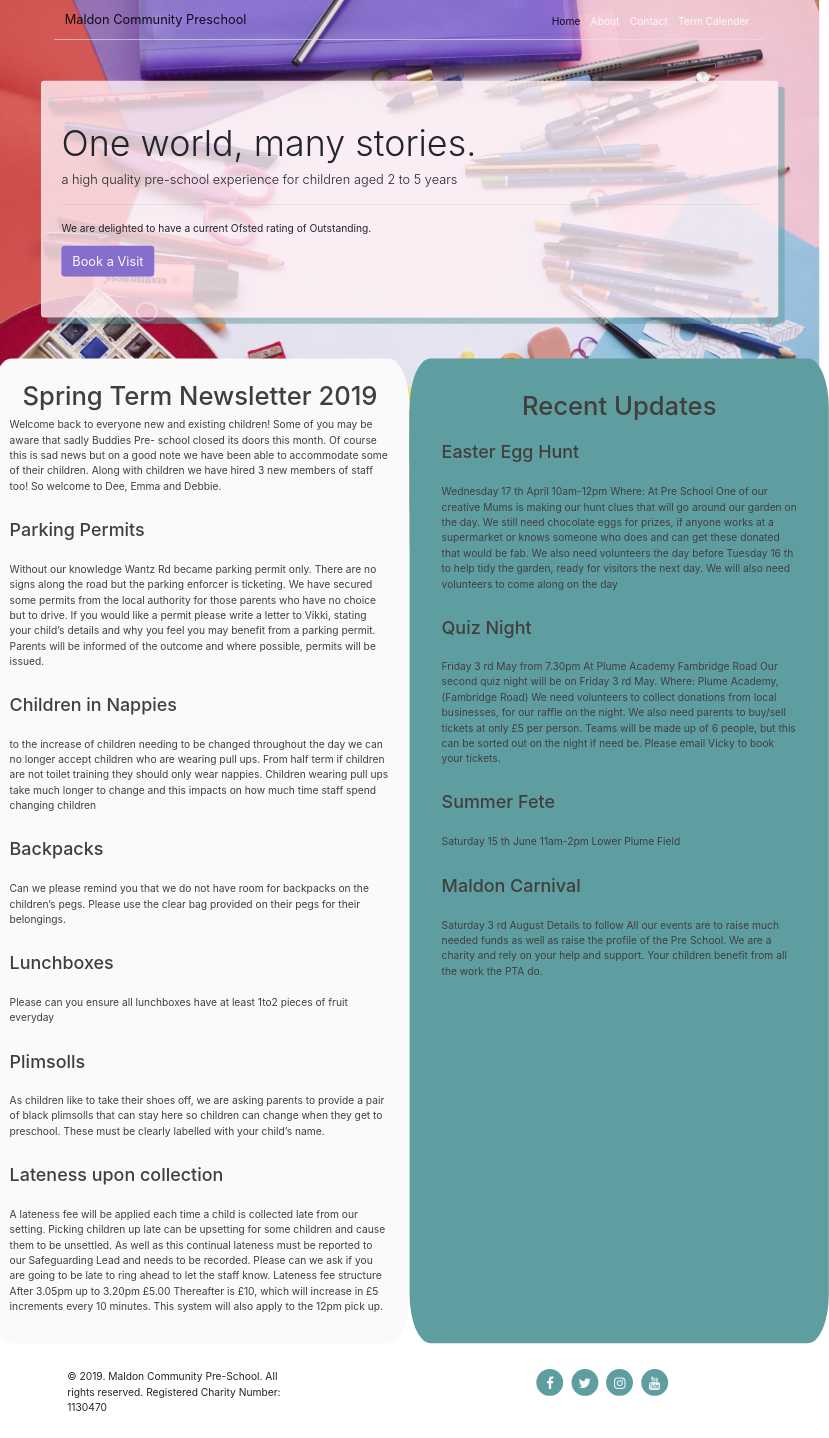
Repository: parkslee/milestone_1
Page: index.html
The author's editor kept a record of every edit. The page is drawn from the files as they stood at one moment, then again after the next edit.
The browser window is 1280 px wide. The page is 1295 px wide, so the pictures cover 1295 px, including what lies to the right of the window. The pictures show the whole page, at 64% of full size.
Some web libraries are served in a nearby version.

Above is the page before.

### index.html
<!DOCTYPE html>
<html lang="en">

<head>
    <meta charset="UTF-8">
    <meta name="viewport" content="width=device-width, initial-scale=1.0">
    <meta http-equiv="X-UA-Compatible" content="ie=edge">
    <link rel="stylesheet" href="https://maxcdn.bootstrapcdn.com/bootstrap/4.2.1/css/bootstrap.min.css"
        type="text/css" />
    <link rel="stylesheet" href="https://maxcdn.bootstrapcdn.com/font-awesome/4.7.0/css/font-awesome.min.css"
        type="text/css" />
    <link rel="stylesheet" href="https://cdnjs.cloudflare.com/ajax/libs/hover.css/2.1.1/css/hover-min.css"
        type="text/css" />
    <link rel="stylesheet" href="assets\css\style.css">
    <title>Maldon Community Preschool</title>
</head>

<body class="bgimage">



    <!-------------------------------------------------------------------------------navigation-->
    <header>
        <div class="container">
            <nav class="navbar navbar-expand-lg navbar-light bg-light border-bottom">
                <a class="navbar-brand" href="./index.html">Maldon Community Preschool</a>
                <button class="navbar-toggler" type="button" data-toggle="collapse" data-target="#navbarNav"
                    aria-controls="navbarNav" aria-expanded="false" aria-label="Toggle navigation">
                    <span class="navbar-toggler-icon"></span>
                </button>
                <div class="collapse navbar-collapse" id="navbarNav">
                    <ul class="navbar-nav text-center ml-auto">
                        <li class="nav-item active">
                            <a class="nav-link" href="./index.html">Home <span class="sr-only">(current)</span></a>
                        </li>
                        <li class="nav-item">
                            <a class="nav-link" href="./about.html">About</a>
                        </li>
                        <li class="nav-item">
                            <a class="nav-link" href="./contact.html">Contact</a>
                        </li>
                        <li class="nav-item">
                            <a class="nav-link" href="./calender.html">Term Calender</a>
                        </li>



                        <!--------only displayed in mobile view to link to newsletter.html and updates.html--------->
                        <!-------------this is to reduce clutter on mobile views----d-lg-none--------->

                        <li class="nav-item">
                            <a class="nav-link d-lg-none" href="./newsletter.html">Newsletter</a>
                        </li>
                        <li class="nav-item">
                            <a class="nav-link d-lg-none" href="./updates.html">Recent Updates</a>
                        </li>
                    </ul>
                </div>
            </nav>
        </div>
    </header>


    <!-------jumbotron linked to contact page (this to be the only item displayed on mobile----->
    <main>

        <div class="jumbotron">
            <h3 class="display-4">One world, many stories.</h3>
            <p class="lead">a high quality pre-school experience for children aged 2 to 5 years</p>
            <hr class="my-4">
            <p>We are delighted to have a current Ofsted rating of Outstanding.
            </p>
            <a class="btn btn-primary btn-lg" href="./contact.html" role="button">Book a Visit</a>
        </div>

    </main>



    <!-----------This content is not displayed in mobile to give a clear view-------------------->
    <!----------credit : https://medium.com/wdstack/bootstrap-4-hidden-visible-dd969a4c5854 - display property bootstrap-------->
    <div class="d-none d-lg-block">
        <div class="row newsletter-update">
            <div class="col newsletter">
                <h1>Spring Term Newsletter
                    2019</h1>
                <p>Welcome back to everyone new and existing children! Some of you may be aware that sadly Buddies Pre-
                    school
                    closed its doors this month. Of course this is sad news but on a good note we have been able to
                    accommodate
                    some of their children. Along with children we have hired 3 new members of staff too! So welcome to
                    Dee,
                    Emma and Debbie.</p>
                <br>

                <h3>Parking Permits</h3>
                <br>
                <p> Without our knowledge Wantz Rd became parking permit only. There are no signs along the road but the
                    parking
                    enforcer is ticketing. We have secured some permits from the local authority for those parents who
                    have
                    no
                    choice but to drive. If you would like a permit please write a letter to Vikki, stating your child’s
                    details
                    and why you feel you may benefit from a parking permit. Parents will be informed of the outcome and
                    where
                    possible, permits will be issued.</p>
                <br>
                <h3>Children in Nappies</h3>
                <br>
                <p>to the increase of children needing to be changed throughout the day we can no longer accept children
                    who
                    are wearing pull ups. From half
                    term if children are not toilet training they should only wear nappies. Children wearing pull ups
                    take
                    much
                    longer to change and this impacts on how much time staff spend changing children
                </p><br>
                <h3> Backpacks</h3>
                <br>
                <p> Can we please remind you that we do not have room for backpacks on the children’s pegs. Please use
                    the
                    clear
                    bag provided on their pegs for their belongings.
                </p><br>
                <h3> Lunchboxes</h3>
                <br>
                <p> Please can you ensure all lunchboxes have at least 1to2 pieces of fruit everyday
                </p><br>
                <h3> Plimsolls</h3>
                <br>
                <p> As children like to take their shoes off, we are asking parents to provide a pair of black plimsolls
                    that
                    can stay here so children can change when they get to preschool. These must be clearly labelled with
                    your
                    child’s name.
                </p><br>
                <h3> Lateness upon collection</h3>
                <br>
                <p> A lateness fee will be applied each time a child is collected late from our
                    setting. Picking children up late can be upsetting for some children and cause them to be unsettled.
                    As
                    well
                    as this continual lateness must be reported to our Safeguarding Lead and needs to be recorded.
                    Please
                    can we
                    ask if you are going to be late to ring ahead to let the staff know.
                    Lateness fee structure After 3.05pm up to 3.20pm £5.00 Thereafter is £10, which will increase in £5
                    increments every 10 minutes. This system will also apply to the 12pm pick up.</p>
            </div>
            <div class="col-md-6 updates-index">

                <h1> Recent Updates</h1>
                <br>
                <h3>Easter Egg Hunt</h3>
                <br>
                <p>Wednesday 17 th April 10am-12pm Where: At Pre School One of our creative Mums is making our hunt
                    clues
                    that
                    will go around our garden on the day. We still need chocolate eggs for prizes, if anyone works at a
                    supermarket or knows someone who does and can get these donated that would be fab. We also need
                    volunteers
                    the day before Tuesday 16 th to help tidy the garden, ready for visitors the next day. We will also
                    need
                    volunteers to come along on the day</p>
                <br>
                <h3> Quiz Night</h3>
                <br>
                <p> Friday 3 rd May from 7.30pm At Plume Academy Fambridge Road Our second quiz night will be on Friday
                    3 rd
                    May. Where: Plume Academy, (Fambridge Road) We need volunteers to collect donations from local
                    businesses,
                    for our raffle on the night. We also need parents to buy/sell tickets at only £5 per person. Teams
                    will
                    be
                    made up of 6 people, but this can be sorted out on the night if need be. Please email Vicky to book
                    your
                    tickets.</p>
                <br>
                <h3> Summer Fete</h3>
                <br>
                <p> Saturday 15 th June 11am-2pm Lower Plume Field
                </p><br>

                <h3> Maldon Carnival</h3>
                <br>

                <p>Saturday 3 rd August Details to follow
                    All our events are to raise much needed funds as well as raise the profile of the Pre School. We are
                    a
                    charity and rely on your help and support. Your children benefit from all the work the PTA do.
                </p>
            </div>
        </div>
    </div>



    <!---------------------------first footer only displayed on desktop view-------------------->
    <!------https://medium.com/wdstack/bootstrap-4-hidden-visible-dd969a4c5854 tutorial for display properties bootstrap---->
    <div class="container">
        <footer class="d-none d-md-block">



            <div id="footer-details" class="row">
                <div class="col-sm-4">
                    <p class="inline-block charity">
                        © 2019. Maldon Community Pre-School. All rights reserved.
                        Registered Charity Number: 1130470 </p>
                </div>

                <div class="col-sm-4 ml-auto">
                     <ul class="list-inline social-links">
                        <li class="list-inline-item">
                            <a target="_blank" href="https://facebook.com">
                                <i class="fa fa-facebook" aria-hidden="true"></i>
                                <span class="sr-only">Facebook</span>
                            </a>
                        </li>
                        <li class="list-inline-item">
                            <a target="_blank" href="https://twitter.com">
                                <i class="fa fa-twitter" aria-hidden="true"></i>
                                <span class="sr-only">Twitter</span>
                            </a>
                        </li>
                        <li class="list-inline-item">
                            <a target="_blank" href="https://instagram.com">
                                <i class="fa fa-instagram" aria-hidden="true"></i>
                                <span class="sr-only">Instagram</span>
                            </a>
                        </li>
                        <li class="list-inline-item">
                            <a target="_blank" href="https://youtube.com">
                                <i class="fa fa-youtube" aria-hidden="true"></i>
                                <span class="sr-only">YouTube</span>
                            </a>
                        </li>
                    </ul>
                </div>
            </div>
        </footer>
    </div>



    <!----second footer for mobile view (charity number hidden as to cluttered on mobile view)  -->
    <!------https://medium.com/wdstack/bootstrap-4-hidden-visible-dd969a4c5854 tutorial for display properties bootstrap---->
    <footer class="d-md-none">
        <div id="footer-mobile">
            <ul class="list-inline social-links">
                <li class="list-inline-item">
                    <a target="_blank" href="https://facebook.com">
                        <i class="fa fa-facebook" aria-hidden="true"></i>
                        <span class="sr-only">Facebook</span>
                    </a>
                </li>
                <li class="list-inline-item">
                    <a target="_blank" href="https://instagram.com">
                        <i class="fa fa-instagram" aria-hidden="true"></i>
                        <span class="sr-only">Instagram</span>
                    </a>
                </li>
                <li class="list-inline-item">
                    <a target="_blank" href="https://youtube.com">
                        <i class="fa fa-youtube" aria-hidden="true"></i>
                        <span class="sr-only">YouTube</span>
                    </a>
                </li>
            </ul>
        </div>
    </footer>


    <script src="https://code.jquery.com/jquery-3.3.1.slim.min.js"
        integrity="sha384-q8i/X+965DzO0rT7abK41JStQIAqVgRVzpbzo5smXKp4YfRvH+8abtTE1Pi6jizo"
        crossorigin="anonymous"></script>
    <script src="https://cdnjs.cloudflare.com/ajax/libs/popper.js/1.14.7/umd/popper.min.js"
        integrity="sha384-UO2eT0CpHqdSJQ6hJty5KVphtPhzWj9WO1clHTMGa3JDZwrnQq4sF86dIHNDz0W1"
        crossorigin="anonymous"></script>
    <script src="https://stackpath.bootstrapcdn.com/bootstrap/4.3.1/js/bootstrap.min.js"
        integrity="sha384-JjSmVgyd0p3pXB1rRibZUAYoIIy6OrQ6VrjIEaFf/nJGzIxFDsf4x0xIM+B07jRM"
        crossorigin="anonymous"></script>
</body>

</html>

### assets/css/style.css

/*---------------------------------------------------------index.html---------------*/

.bgimage {
    background-image: url(../images/home-bg.jpg);
    background-size: cover;
    height: 100vh;
    background-repeat: no-repeat;
}

.navbar-nav .nav-link {
    margin-top: 5px;

}

.navbar-light .navbar-nav .nav-link {
    color: #fafafa;
}

.bg-light {
    background-color: rgb(255, 255, 255, 0.0) !important;
}

.jumbotron {
    margin: 5% 5%;
    box-shadow: 10px 10px rgb(95, 158, 160, 0.5);
    background-color: rgb(255, 240, 245, 0.8);
}



.btn-primary {
    color: #fafafa;
    background-color: #866ecd;
    border-color: #866ccd;
}

.newsletter {
    background-color:#fafafa;
    position: relative;
    color: #423e3e;
    margin-bottom: 20px;

    padding: 30px;
    border-radius: 5%;

}
.newsletter h1{
   padding-top: 5px;
    text-align: center;
}

.updates-index {
    background-color: rgb(95, 158, 160);
    color:#423e3e;
    margin-bottom: 20px;
    border-radius: 5%;
    padding: 50px;
}

.updates-index h1{
    text-align: center;
}


/*-------------------------------------------------------footer------------*/

.social-links {
    padding-bottom: 0px;
}

.social-links li a i {
    width: 42px;
    height: 42px;
    padding: 12px 0;
    border-radius: 50%;
    font-size: 21px;
    line-height: 19px;
    text-align: center;
    color: #fafafa;
    background: cadetblue;
    transition: all 0.35s ease-in-out;
    -moz-transition: all 0.35s ease-in-out;
    -webkit-transition: all 0.35s ease-in-out;
    -o-transition: all 0.35s ease-in-out;
}

.social-links li a i:hover {
    background: #dc3545;
}

#footer-details {
    padding: 20px;
    background-color: rgb(255, 255, 255, 0.2);
    position: relative;
    left: 0;
    bottom: 0;
}

#footer-mobile {
    padding: 20px;
    background-color: rgb(255, 255, 255, 0.0);
    width: 100%;
    text-align: center;
}

/*---------------------------------------------------------------contact page--------------------*/

.contact-image {
    background-image: url(../images/contact-bg.jpg);
    background-size: cover;
    height: 100%;
    background-repeat: no-repeat;
}

form{
    margin: 20px;
}

.form-control{
    background-color: rgb(255, 240, 245,0.8);
}

.contact-btn{
    background-color: cadetblue;
    border-color: cadetblue;
}

/*------------------------------------------------------------------------- About--------------*/
.about-image{
    background-image: url(../images/about-bg.jpg);
    background-size: cover;
    height: 100%;
    background-repeat: no-repeat;
    background-position: 55%;

}

.about-content{
    text-align: center;
        color: #423e3e;

}

.about-nav{
    color:black;
}

/*-------------------------------------------------------------------------calender---------------*/
.calender-image{
    background-image: url(../images/pencil_glass.jpg);
    background-size: cover;
    height: 100%;
    background-repeat: no-repeat;
    background-position: 55%;

}

/*------------------------------------------time line--------------------*/
/*-------bootstrap time line - https://bootsnipp.com/snippets/OzQj-------*/

.timeline {
    list-style: none;
    padding: 20px 0 20px;
    position: relative;
}

    .timeline:before {
        top: 0;
        bottom: 0;
        position: absolute;
        content: " ";
        width: 3px;
        background-color: #eeeeee;
        left: 50%;
        margin-left: -1.5px;
    }

    .timeline > li {
        margin-bottom: 20px;
        position: relative;
    }

        .timeline > li:before,
        .timeline > li:after {
            content: " ";
            display: table;
        }

        .timeline > li:after {
            clear: both;
        }

        .timeline > li:before,
        .timeline > li:after {
            content: " ";
            display: table;
        }

        .timeline > li:after {
            clear: both;
        }

        .timeline > li > .timeline-panel {
            width: 46%;
            float: left;
            border: 1px solid #d4d4d4;
            border-radius: 2px;
            padding: 20px;
                background-color: #fafafa;
            position: relative;
            -webkit-box-shadow: 0 1px 6px rgba(0, 0, 0, 0.175);
            box-shadow: 0 1px 6px rgba(0, 0, 0, 0.175);
        }

            .timeline > li > .timeline-panel:before {
                position: absolute;
                top: 26px;
                right: -15px;
                display: inline-block;
                border-top: 15px solid transparent;
                border-left: 15px solid #ccc;
                border-right: 0 solid #ccc;
                border-bottom: 15px solid transparent;
                content: " ";
            }

            .timeline > li > .timeline-panel:after {
                position: absolute;
                top: 27px;
                right: -14px;
                display: inline-block;
                border-top: 14px solid transparent;
                border-left: 14px solid #fff;
                border-right: 0 solid #fff;
                border-bottom: 14px solid transparent;
                content: " ";
            }

        .timeline > li > .timeline-badge {
            color: #fff;
            width: 50px;
            height: 50px;
            line-height: 50px;
            font-size: 1.4em;
            text-align: center;
            position: absolute;
            top: 16px;
            left: 50%;
            margin-left: -25px;
            background-color: #999999;
            z-index: 100;
            border-top-right-radius: 50%;
            border-top-left-radius: 50%;
            border-bottom-right-radius: 50%;
            border-bottom-left-radius: 50%;
        }

        .timeline > li.timeline-inverted > .timeline-panel {
            float: right;
        }

            .timeline > li.timeline-inverted > .timeline-panel:before {
                border-left-width: 0;
                border-right-width: 15px;
                left: -15px;
                right: auto;
            }

            .timeline > li.timeline-inverted > .timeline-panel:after {
                border-left-width: 0;
                border-right-width: 14px;
                left: -14px;
                right: auto;
            }

.timeline-badge.primary {
    background-color: #2e6da4 !important;
}

.timeline-badge.success {
    background-color: #3f903f !important;
}

.timeline-badge.warning {
    background-color: #28a745 !important;
}

.timeline-badge.danger {
    background-color: #d9534f !important;
}

.timeline-badge.info {
    background-color: #5bc0de !important;
}

.timeline-title {
    margin-top: 0;
    color: inherit;
}

.timeline-body > p,
.timeline-body > ul {
    margin-bottom: 0;
}

    .timeline-body > p + p {
        margin-top: 5px;
    }

@media (max-width: 767px) {
    ul.timeline:before {
        left: 40px;
    }

    ul.timeline > li > .timeline-panel {
        width: calc(100% - 90px);
        width: -moz-calc(100% - 90px);
        width: -webkit-calc(100% - 90px);
    }

    ul.timeline > li > .timeline-badge {
        left: 15px;
        margin-left: 0;
        top: 16px;
    }

    ul.timeline > li > .timeline-panel {
        float: right;
    }

        ul.timeline > li > .timeline-panel:before {
            border-left-width: 0;
            border-right-width: 15px;
            left: -15px;
            right: auto;
        }

        ul.timeline > li > .timeline-panel:after {
            border-left-width: 0;
            border-right-width: 14px;
            left: -14px;
            right: auto;
        }
}

/*----------------------------------------------------------------newsletter.html-------------*/
.newsletter-image{
    background-image: url(../images/newsletter-bg.jpg);
    background-size: cover;
    height: 100%;
    background-repeat: no-repeat;
    background-position: 75%;
}



.newsletter-content{
        color: #423e3e;
    padding: 30px;
}

.newsletter-content h1{
    text-align: center;
}

.newsletter-blocks{
    background-color: #fafafa;
    border-radius: 5%;
    margin:5px;

}

.newsletter-blocks2{

    background-color: #fafafa;

}

/*------------------------------------------------------------------updates.html-----------*/
.updates-image{
    background-image: url(../images/crayon-bg.jpg);
    background-size: cover;
    height: 100%;
    background-repeat: no-repeat;
    background-position: 50%;
}

.updates{
       color: #423e3e;

    padding: 30px;
}

.updates h1{

    text-align: center;
}


.update-blocks{
    background-color: #fafafa;
    border-radius: 5%;
    margin:5px;

}


/*------------------------------------------------------------------------- media----------*/

@media only screen and (min-width: 768px) {


    .footer-details {
        position: absolute;
    }

    /*---contact page----*/
    form{
        margin: 50px;
    }

    .contact-image {
        height: 100%;

    }

}

After the next edit:
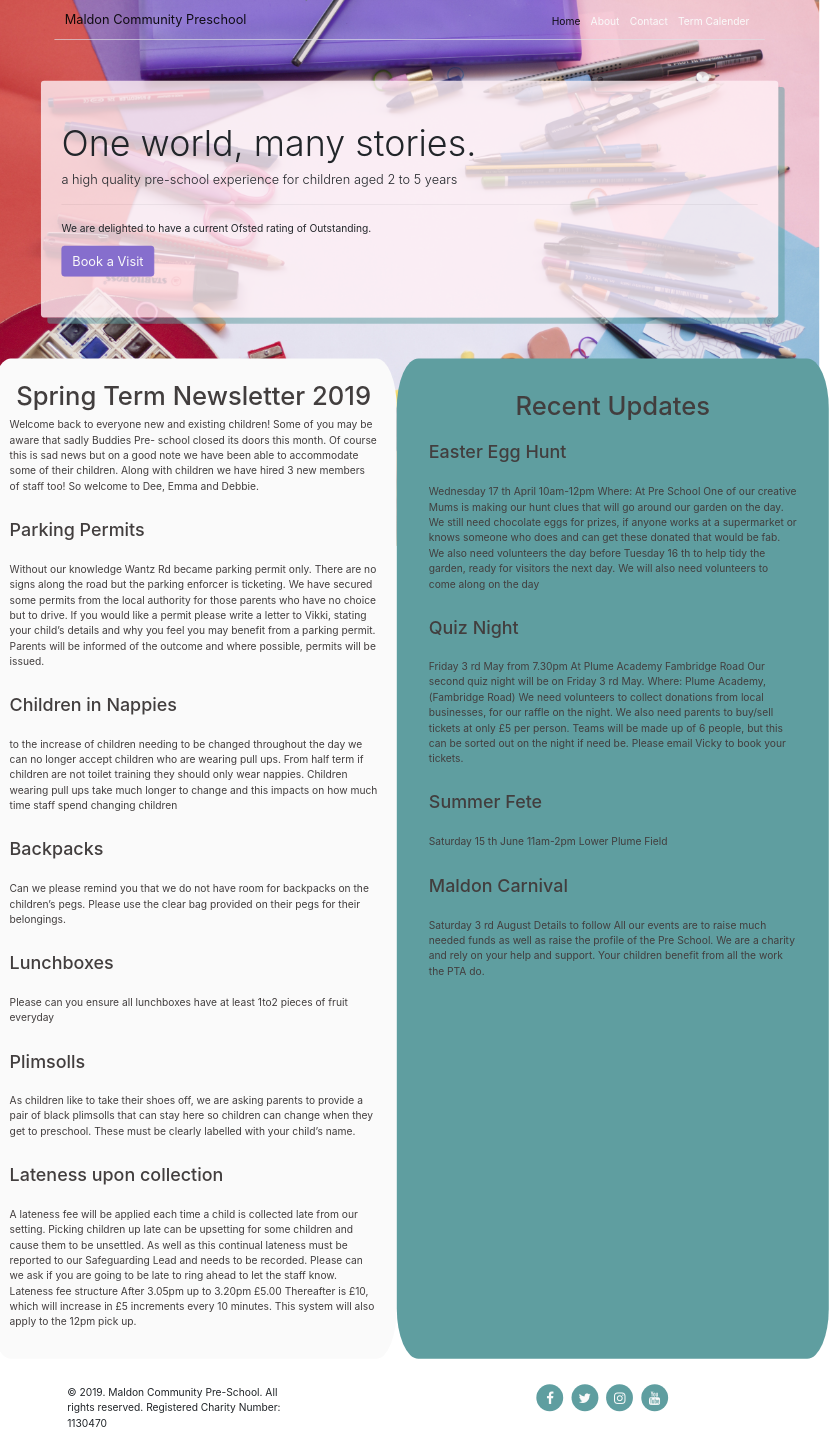
The edit:
--- a/index.html
+++ b/index.html
@@ -148,7 +148,7 @@
                     Lateness fee structure After 3.05pm up to 3.20pm £5.00 Thereafter is £10, which will increase in £5
                     increments every 10 minutes. This system will also apply to the 12pm pick up.</p>
             </div>
-            <div class="col-md-6 updates-index">
+            <div class="col updates-index">
 
                 <h1> Recent Updates</h1>
                 <br>
